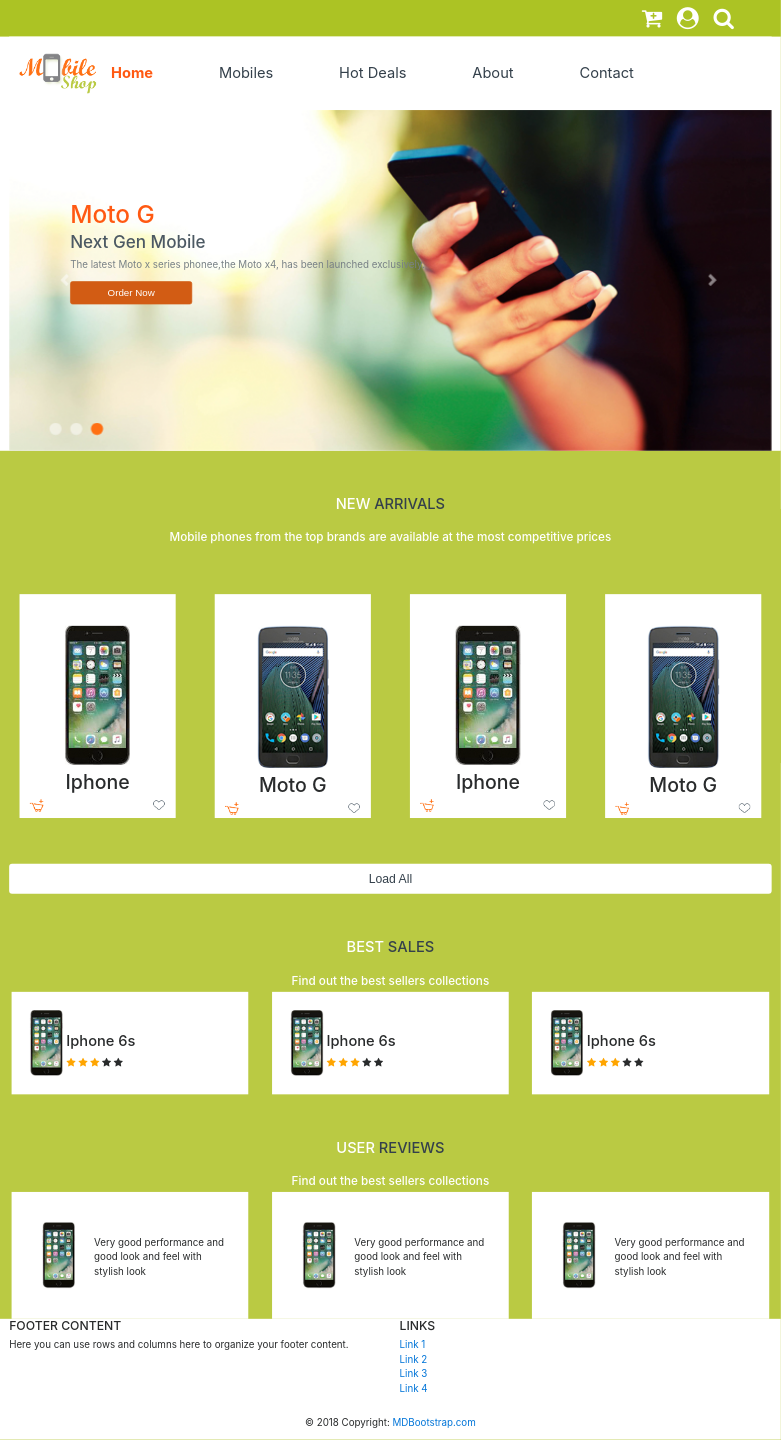
Repository: rajmohanr/mobile
Page: index.html
These files come from the project's save history. The page is drawn as it stood at one moment and after the next save; the edit follows.
The browser window is 1280 px wide. The pictures show the whole page, at 61% of full size.

Above is the page before, as saved 2018-04-08 21:55:42.
Console error (its wording comes from the project's code and is left out).

### index.html
<!DOCTYPE html>
<html lang="en">
  <head>
    <meta charset="utf-8">
    <meta http-equiv="X-UA-Compatible" content="IE=edge">
    <meta name="viewport" content="width=device-width, initial-scale=1">

    <title>Bootstrap 4, from LayoutIt!</title>

    <meta name="description" content="Source code generated using layoutit.com">
    <meta name="author" content="LayoutIt!">

    <link href="css/bootstrap.min.css" rel="stylesheet">
	<link href="css/style.css" rel="stylesheet">
	<link rel="stylesheet" href="https://cdnjs.cloudflare.com/ajax/libs/font-awesome/4.7.0/css/font-awesome.min.css">

  </head>
  <body>

<div class="container-fluid">
	<div class="row">
		<div class="col-md-12">
			<div class="row">
				<div class="col-md-12 top-bar">
					<a href="#" class="top-bar-icons last-icon"><i class="fa fa-search"  style="font-size:36px;color:white;"></i></a>
					<a href="#" class="top-bar-icons"><i class="fa fa-user-circle"  style="font-size:36px;color:white;"></i></a>
					<a href="#" class="top-bar-icons"><i class="fa fa-cart-plus"  style="font-size:36px;color:white;"></i></a>
				</div>
			</div>
			<nav class="navbar navbar-toggleable-md navbar-light bg-faded">

				<button class="navbar-toggler navbar-toggler-right" type="button" data-toggle="collapse" data-target="#bs-example-navbar-collapse-1">
					<span class="navbar-toggler-icon"></span>
				</button> <a class="navbar-brand" href="#"><img src="images/logo.png" /></a>
				<div class="collapse navbar-collapse" id="bs-example-navbar-collapse-1">
					<ul class="navbar-nav float-md-right">
						<li class="nav-item active">
							 <a class="nav-link" href="#">Home <span class="sr-only">(current)</span></a>
						</li>
						<li class="nav-item">
							 <a class="nav-link" href="#">Mobiles</a>
						</li>
						<li class="nav-item">
								<a class="nav-link" href="#">Hot Deals</a>
						</li>
						<li class="nav-item">
								<a class="nav-link" href="#">About</a>
						</li>
						<li class="nav-item">
								<a class="nav-link" href="#">Contact</a>
						</li>
					</ul>
				</div>
			</nav>

			<div class="row">
				<div class="col-md-12">
					<div class="carousel slide" id="carousel-452932">
						<ol class="carousel-indicators">
							<li data-slide-to="0" data-target="#carousel-452932">
							</li>
							<li data-slide-to="1" data-target="#carousel-452932">
							</li>
							<li data-slide-to="2" data-target="#carousel-452932" class="active">
							</li>
						</ol>
						<div class="carousel-inner">
							<div class="carousel-item">
								<img class="d-block w-100" alt="Carousel Bootstrap First" src="images/carosuel.png" />
								<div class="carousel-caption">
									<h4>
										Moto G
									</h4>
									<h3>
										Next Gen Mobile
									</h3>
									<p>
										The latest Moto x series phonee,the Moto x4, has been launched exclusively.
									</p>
									<button type="button" class="btn btn-primary">Order Now</button>
								</div>
							</div>
							<div class="carousel-item">
								<img class="d-block w-100" alt="Carousel Bootstrap Second" src="images/carosuel.png" />
								<div class="carousel-caption">
									<h4>
										Moto G
									</h4>
									<h3>
										Next Gen Mobile
									</h3>
									<p>
										The latest Moto x series phonee,the Moto x4, has been launched exclusively.
									</p>
									<button type="button" class="btn btn-primary">Order Now</button>
								</div>
							</div>
							<div class="carousel-item active">
								<img class="d-block w-100" alt="Carousel Bootstrap Third" src="images/carosuel.png" />
								<div class="carousel-caption">
									<h4>
										Moto G
									</h4>
									<h3>
										Next Gen Mobile
									</h3>
									<p>
										The latest Moto x series phonee,the Moto x4, has been launched exclusively.
									</p>
									<button type="button" class="btn btn-primary">Order Now</button>
								</div>
							</div>
						</div> <a class="carousel-control-prev" href="#carousel-452932" data-slide="prev"><span class="carousel-control-prev-icon"></span> <span class="sr-only">Previous</span></a> <a class="carousel-control-next" href="#carousel-452932" data-slide="next"><span class="carousel-control-next-icon"></span> <span class="sr-only">Next</span></a>
					</div>
				</div>
			</div>

		</div>
	</div>
	<div id="middle-wrapper" class="row">
		<div class="col-md-12">
			<div id="middle-title" class="row">
				<div class="col-md-12">
					<h1 class="text-center">
							NEW <span class="text-highlight">ARRIVALS</span>
					</h1>
					<h2 class="text-center">
						Mobile phones from the top brands are available at the most competitive prices
					</h2>
				</div>
			</div>
			<div id="middle-box" class="row">
				<div class="col-md-3 middle-box-cont">

					<div class="image-section">
						<img src="images/mobile1.png" class="img-fluid" />
					</div>
					<div class="title-section">
						<h2>
							Iphone
						</h2>
					</div>
					<div class="bottom-section">
						<div class="cart-sec">
							<a href="#"><img src="images/cart.png"></a>
						</div>
						<div class="wishlist-sec">
							<a href="#"><img src="images/whishlist.png"></a>
						</div>

					</div>
				</div>
				<div class="col-md-3 middle-box-cont">

						<div class="image-section">
							<img src="images/mobile2.png" class="img-fluid" />
						</div>
						<div class="title-section">
							<h2>
								Moto G
							</h2>
						</div>
						<div class="bottom-section">
							<div class="cart-sec">
								<a href="#"><img src="images/cart.png"></a>
							</div>
							<div class="wishlist-sec">
								<a href="#"><img src="images/whishlist.png"></a>
							</div>

						</div>
					</div>
					<div class="col-md-3 middle-box-cont">

							<div class="image-section">
								<img src="images/mobile1.png" class="img-fluid" />
							</div>
							<div class="title-section">
								<h2>
									Iphone
								</h2>
							</div>
							<div class="bottom-section">
								<div class="cart-sec">
									<a href="#"><img src="images/cart.png"></a>
								</div>
								<div class="wishlist-sec">
									<a href="#"><img src="images/whishlist.png"></a>
								</div>

							</div>
						</div>
						<div class="col-md-3 middle-box-cont">

							<div class="image-section">
								<img src="images/mobile2.png" class="img-fluid" />
							</div>
							<div class="title-section">
								<h2>
									Moto G
								</h2>
							</div>
							<div class="bottom-section">
								<div class="cart-sec">
									<a href="#"><img src="images/cart.png"></a>
								</div>
								<div class="wishlist-sec">
									<a href="#"><img src="images/whishlist.png"></a>
								</div>

							</div>
						</div>
			</div>
			<div id="load-section" class="row">
				<div class="col-md-12">
					<button type="button" class="btn btn-primary btn-lg btn-block">
						Load All
					</button>
				</div>
			</div>
			<div id="middle-title" class="row">
				<div class="col-md-12">
					<h1 class="text-center">
							BEST <span class="text-highlight">SALES</span>
					</h1>
					<h2 class="text-center">
						Find out the best sellers collections
					</h2>
				</div>
			</div>
			<div id="best-arrival" class="row">
					<div class="col-md-4 inner-section">
						<img alt="mobile" src="images/thumbnailmobile.png" />
						<h2 class="text-center">
								Iphone 6s
						</h2>
						<div class="rating-section">
							<span class="fa fa-star checked"></span>
							<span class="fa fa-star checked"></span>
							<span class="fa fa-star checked"></span>
							<span class="fa fa-star"></span>
							<span class="fa fa-star"></span>
						</div>

					</div>
					<div class="col-md-4 inner-section">
						<img alt="mobile" src="images/thumbnailmobile.png"  />
						<h2 class="text-center">
								Iphone 6s
						</h2>
						<div class="rating-section">
							<span class="fa fa-star checked"></span>
							<span class="fa fa-star checked"></span>
							<span class="fa fa-star checked"></span>
							<span class="fa fa-star"></span>
							<span class="fa fa-star"></span>
						</div>
					</div>
					<div class="col-md-4 inner-section">
						<img alt="mobile" src="images/thumbnailmobile.png"  />
						<h2 class="text-center">
								Iphone 6s
						</h2>
						<div class="rating-section">
							<span class="fa fa-star checked"></span>
							<span class="fa fa-star checked"></span>
							<span class="fa fa-star checked"></span>
							<span class="fa fa-star"></span>
							<span class="fa fa-star"></span>
						</div>
					</div>
				</div>
				<div id="middle-title" class="row">
					<div class="col-md-12">
						<h1 class="text-center">
								USER <span class="text-highlight">REVIEWS</span>
						</h1>
						<h2 class="text-center">
							Find out the best sellers collections
						</h2>
					</div>
				</div>
				<div id="user-review" class="row">
					<div class="col-md-4 inner-section">
						<img alt="mobile" src="images/thumbnailmobile.png" />
						<p class="text-center">
							Very good performance and good look and feel with stylish look
						</p>


					</div>
					<div class="col-md-4 inner-section">
						<img alt="mobile" src="images/thumbnailmobile.png"  />
						<p class="text-center">
							Very good performance and good look and feel with stylish look
						</p>

					</div>
					<div class="col-md-4 inner-section">
						<img alt="mobile" src="images/thumbnailmobile.png"  />
						<p class="text-center">
							Very good performance and good look and feel with stylish look
						</p>

					</div>
				</div>
		</div>
	</div>
	<div class="row">

			 <!--First column-->
			 <div class="col-md-6">
					<h5 class="text-uppercase">Footer Content</h5>
					<p>Here you can use rows and columns here to organize your footer content.</p>
				</div>
				<!--/.First column-->

				<!--Second column-->
				<div class="col-md-6">
					<h5 class="text-uppercase">Links</h5>
					<ul class="list-unstyled">
						<li>
							<a href="#!">Link 1</a>
						</li>
						<li>
							<a href="#!">Link 2</a>
						</li>
						<li>
							<a href="#!">Link 3</a>
						</li>
						<li>
							<a href="#!">Link 4</a>
						</li>
					</ul>
				</div>
				<!--/.Second column-->
		</div>
		<!--/.Footer Links-->

		<!--Copyright-->
		<div class="footer-copyright py-3 text-center">
			© 2018 Copyright:
			<a href="https://mdbootstrap.com/material-design-for-bootstrap/"> MDBootstrap.com </a>
		</div>
		<!--/.Copyright-->

	</footer>
		</div>
	</div>
</div>

    <script src="js/jquery.min.js"></script>
    <script src="js/bootstrap.min.js"></script>
    <script src="js/scripts.js"></script>
  </body>
</html>

### css/style.css
.top-bar{
    height: 60px;
    background-color: #acc324;
}

.top-bar-icons{
    float: right;
    padding: 12px;
    position: relative;
}

.last-icon{
    margin-right: 50px;
}

.navbar{
    height: 120px;
    background-color: #fff;
}

.navbar-light .navbar-nav .active>.nav-link, .navbar-light .navbar-nav .nav-link.active, .navbar-light .navbar-nav .nav-link.open, .navbar-light .navbar-nav .open>.nav-link{
    color: #ff5912!important;
    font-weight: bold;
    font-size: 24px;
}

.navbar-nav .nav-link{
    padding-right: 100px!important;
}

.navbar-light .navbar-nav .nav-link{
    color: #34404b!important;
    font-size: 24px;
}

.carousel-caption{
    text-align: left!important;
    left: 100px!important;
    bottom: 0px!important;
    top:130px!important;
}

.carousel-caption h4{
    color: #ff5912!important;
    font-size: 2.5rem!important;
}

.carousel-caption h3{
    color: #4C5963!important;
}

.carousel-caption p{
    color: #788186!important;
}
.btn-primary{
    color: #fff;
    background-color: #D25C14!important;
    border-color: #D25C14!important;
    width: 200px;
}

.carousel-indicators li {
    border-radius: 12px;
    width: 20px;
    height: 20px;
    max-width: 20px!important;
    margin-right: 1%;
}
.carousel-indicators {
    margin-right: 5%!important;
    margin-left: 5%!important;
    justify-content: left!important;
}

.carousel-indicators .active {
    background-color: #FF7013!important;
}

#middle-wrapper{
    background-color: #BACA43;
}
#middle-box{
    margin-top: 75px;
    margin-bottom: 75px;
}
#middle-title h1{
    font-size: 1.5rem;
    color: #fff;
    margin-top: 75px;
}

#middle-title h2{
    font-size: 1.2rem;
    color: #fff;
    margin-top: 30px;

}

.middle-box-cont{
    background-color: #fff;
    margin-bottom:15px;
}

@media (min-width: 768px){
    .middle-box-cont {

        flex: 0 0 20%;
        max-width: 20%;
        height: 367px!important;
        padding: 2px;
        margin: 0 auto;
        position: relative;
        float: left;


    }
}
.image-section{
    text-align: center;
    margin: 50px;
    margin-bottom: 10px;
}

.title-section{
    text-align: center;
}

.bottom-section{

}

.cart-sec{
    width: 50%;
    float: left;
    padding-left: 15px;
    margin-bottom: 10px;

}

.wishlist-sec{
    width: 50%;
    float: right;
    text-align: right;
    padding-right: 15px;
    margin-bottom: 10px;
}

.text-highlight{
    color: #34404b!important;
}

#load-section{

}

#load-section .btn-primary{
    width: 100%!important;
    background-color: #fff!important;
    color: #34404b!important;
    border:none!important;
}

#best-arrival .inner-section{
    background-color: #fff;
    margin: 0 auto;
    padding:30px;
}

#user-review .inner-section{
    background-color: #fff;
    margin: 0 auto;
    padding:30px;
}

#user-review .inner-section img{
    margin: 20px;
}
#user-review .inner-section p{
    float: right;
    width: 68%;
    text-align: left!important;
    margin-top: 40px;
}

#best-arrival .inner-section h2{
    display: inline-block;
    font-size: 24px;
}

.checked {
    color: orange;
}

.rating-section{
    float: right;
    width: 78%;
    position: absolute;
    bottom: 40px;
    left: 90px;
}


@media (min-width: 768px){
    .inner-section {
        max-width: 30.333333%;
    }
}

Loaded but not shown: css/bootstrap.min.css (library); js/jquery.min.js (library); js/bootstrap.min.js (library); js/scripts.js (common file)

After the next save:
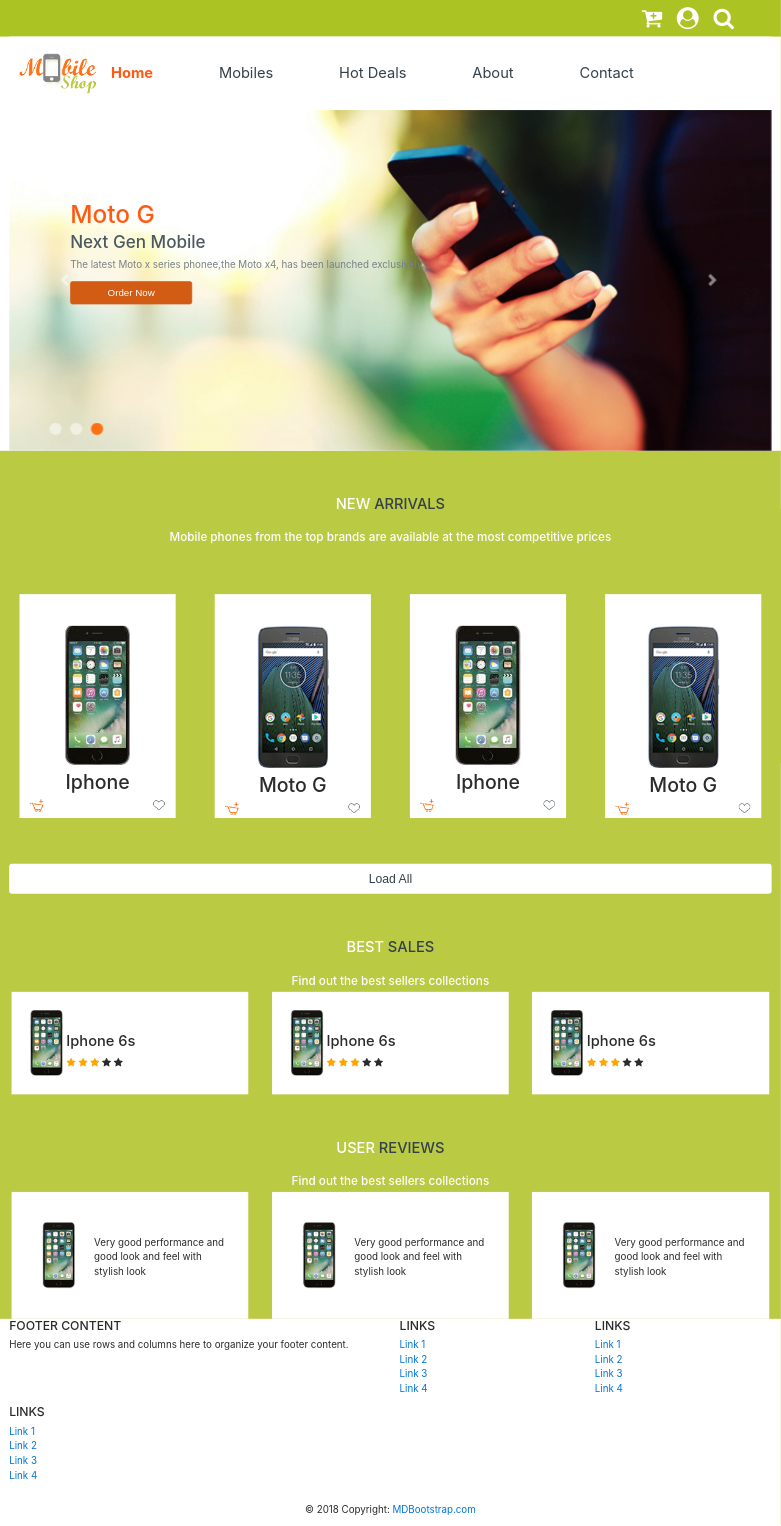
Saved 67 s later.
--- a/index.html
+++ b/index.html
@@ -316,7 +316,7 @@
 				<!--/.First column-->
 
 				<!--Second column-->
-				<div class="col-md-6">
+				<div class="col-md-3">
 					<h5 class="text-uppercase">Links</h5>
 					<ul class="list-unstyled">
 						<li>
@@ -334,6 +334,46 @@
 					</ul>
 				</div>
 				<!--/.Second column-->
+
+				<!--Second column-->
+				<div class="col-md-3">
+						<h5 class="text-uppercase">Links</h5>
+						<ul class="list-unstyled">
+							<li>
+								<a href="#!">Link 1</a>
+							</li>
+							<li>
+								<a href="#!">Link 2</a>
+							</li>
+							<li>
+								<a href="#!">Link 3</a>
+							</li>
+							<li>
+								<a href="#!">Link 4</a>
+							</li>
+						</ul>
+					</div>
+					<!--/.Second column-->
+
+				<!--Second column-->
+				<div class="col-md-3">
+						<h5 class="text-uppercase">Links</h5>
+						<ul class="list-unstyled">
+							<li>
+								<a href="#!">Link 1</a>
+							</li>
+							<li>
+								<a href="#!">Link 2</a>
+							</li>
+							<li>
+								<a href="#!">Link 3</a>
+							</li>
+							<li>
+								<a href="#!">Link 4</a>
+							</li>
+						</ul>
+					</div>
+					<!--/.Second column-->
 		</div>
 		<!--/.Footer Links-->
 
